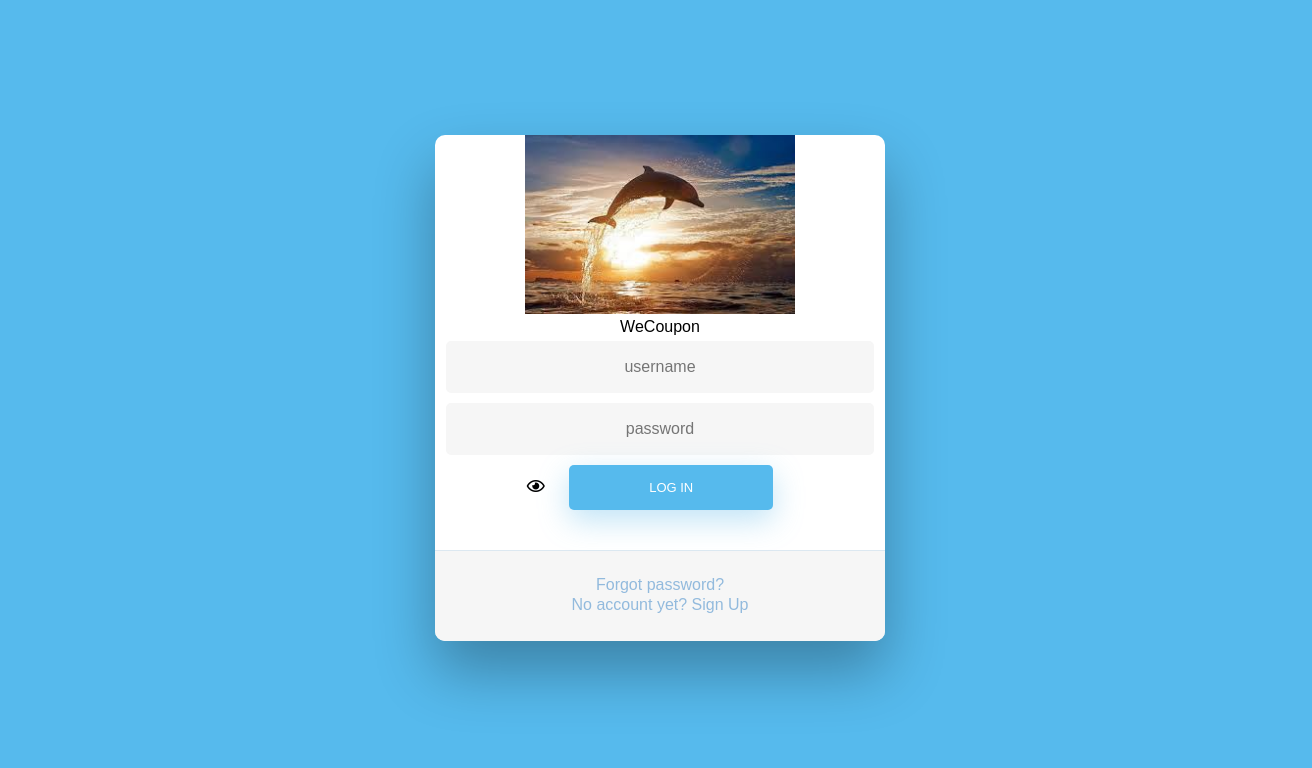
Repository: XUXiangCUHK/WeCoupon
Page: templates/login.html
These files come from the project's save history. The page is drawn as it stood at one moment and after the next save; the edit follows.
The browser window is 1280 px wide. The page is 1312 px wide, so the pictures cover 1312 px, including what lies to the right of the window. The pictures show the whole page.
Some web libraries are served in a nearby version.

Above is the page before, as saved 2021-02-27 15:57:15.

After the next save:
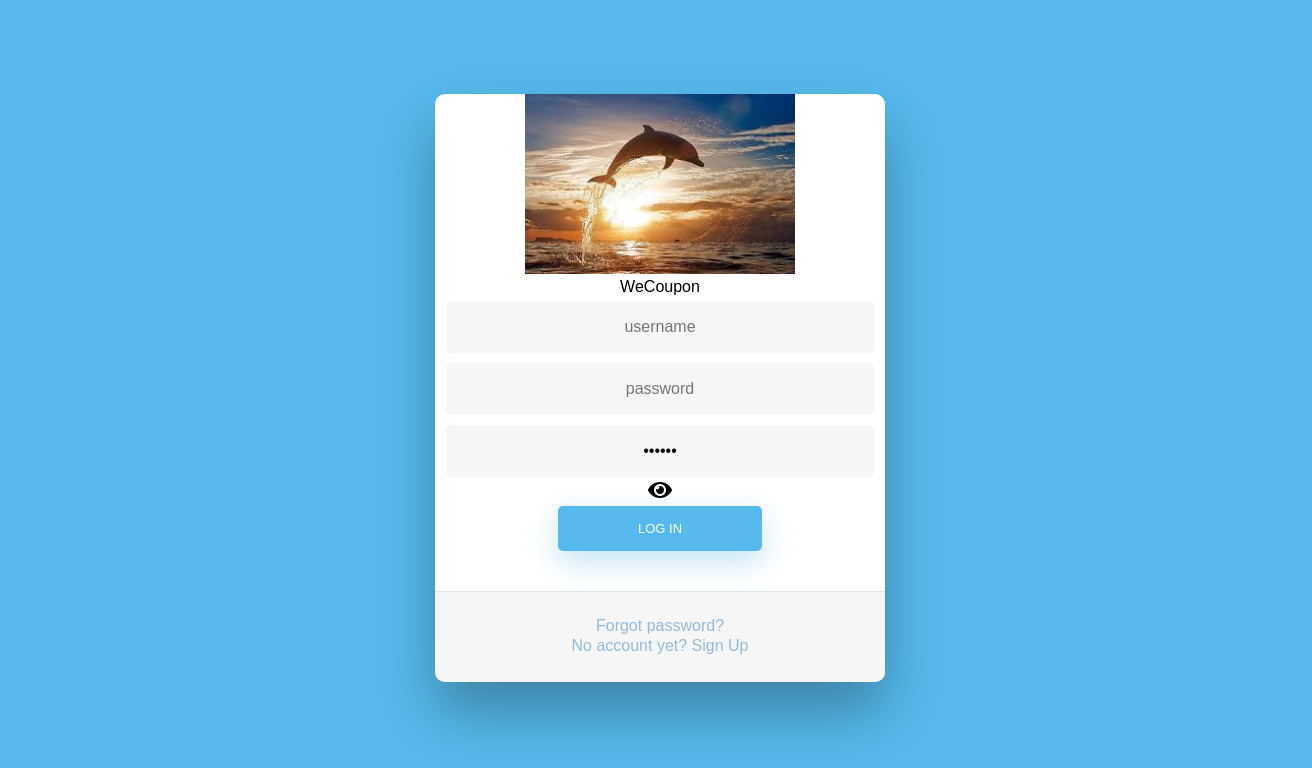
Saved 102 s later.
--- a/templates/login.html
+++ b/templates/login.html
@@ -27,7 +27,10 @@
           <form id="form_id" method="POST">
             <input type="text" id="username" class="fadeIn second" name="login" required="required" placeholder="username">
             <input type="password" id="password" class="fadeIn third" name="login" required="required" placeholder="password">
-            <i class="far fa-eye" onmouseover="mouseoverPass();" onmouseout="mouseoutPass();" ></i>
+            <div class="col-md-6">
+              <input id="password-field" type="password" class="form-control" name="password" value="secret">
+              <span toggle="#password-field" class="fa fa-lg fa-eye field-icon toggle-password"></span>
+          </div>
             <input type="submit" class="fadeIn fourth" value="Log In" onclick="return processloginform();">
           </form>
 

After the 2 saves that followed:
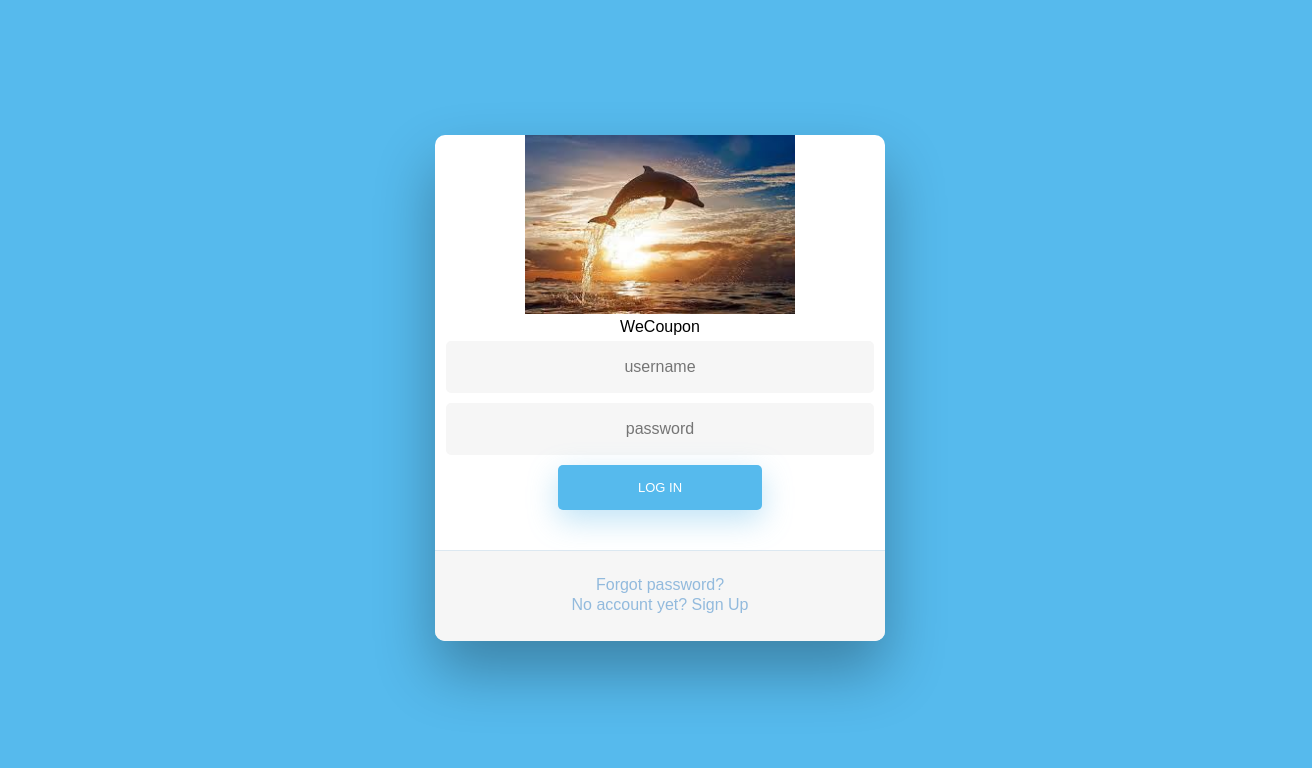
The 2 saves are shown as one change because 1 left the picture as it was.
The last was saved 119 s later.
--- a/templates/login.html
+++ b/templates/login.html
@@ -27,10 +27,6 @@
           <form id="form_id" method="POST">
             <input type="text" id="username" class="fadeIn second" name="login" required="required" placeholder="username">
             <input type="password" id="password" class="fadeIn third" name="login" required="required" placeholder="password">
-            <div class="col-md-6">
-              <input id="password-field" type="password" class="form-control" name="password" value="secret">
-              <span toggle="#password-field" class="fa fa-lg fa-eye field-icon toggle-password"></span>
-          </div>
             <input type="submit" class="fadeIn fourth" value="Log In" onclick="return processloginform();">
           </form>
 
--- a/static/js/login.js
+++ b/static/js/login.js
@@ -7,13 +7,3 @@ function processloginform() {
         return false;
     }
 }
-
-function mouseoverPass(obj) {
-    var obj = document.getElementById('myPassword');
-    obj.type = "text";
-}
-
-function mouseoutPass(obj) {
-    var obj = document.getElementById('myPassword');
-    obj.type = "password";
-}
